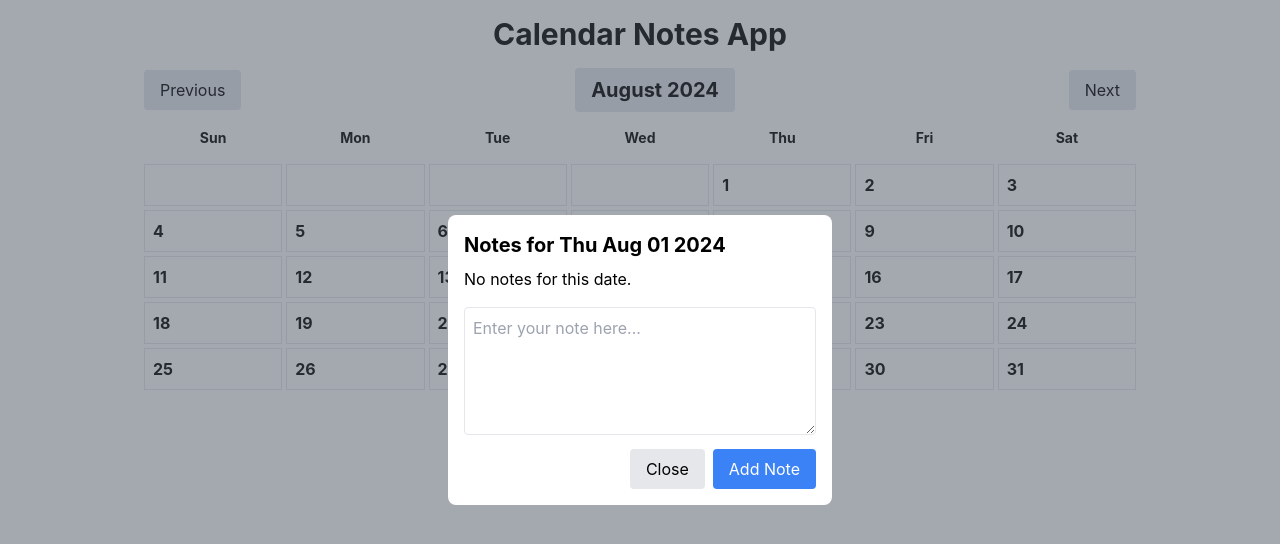
Repository: boogerjosh/Calendar-Notes-App
Page: /, after clicking the first element matching `div.cursor-pointer`
These files come from the project's save history. The page is drawn as it stood at one moment and after the next save; the edit follows.
The browser window is 1280 px wide. The pictures show the whole page.
The project was rebuilt for these pictures with package versions that can differ from the ones it lists, and the page was loaded fresh each time.

Above is the page before, as saved 2024-08-04 07:51:08.

### src/App.tsx
import React, { useState } from 'react';
import Calendar from './components/Calendar';
import NoteModal from './components/NoteModal';

interface Note {
  id: string;
  date: Date;
  content: string;
}

const App: React.FC = () => {
  const [selectedDate, setSelectedDate] = useState<Date | null>(null);
  const [notes, setNotes] = useState<Note[]>([]);
  const [isModalOpen, setIsModalOpen] = useState(false);

  const handleDateClick = (date: Date) => {
    setSelectedDate(date);
    setIsModalOpen(true);
  };

  const handleAddNote = (content: string) => {
    if (selectedDate) {
      const newNote: Note = {
        id: Date.now().toString(),
        date: selectedDate,
        content
      };
      setNotes([...notes, newNote]);
      setIsModalOpen(false);
    }
  };

  const getNotesForDate = (date: Date) => {
    return notes.filter(note => note.date.toDateString() === date.toDateString());
  };

  return (
    <div className="container mx-auto p-4 max-w-screen-lg">
      <h1 className="text-2xl md:text-3xl font-bold mb-4 text-center">Calendar Notes App</h1>
      <Calendar onDateClick={handleDateClick} notes={notes} />
      {isModalOpen && selectedDate && (
        <NoteModal
          date={selectedDate}
          notes={getNotesForDate(selectedDate)}
          onClose={() => setIsModalOpen(false)}
          onAddNote={handleAddNote}
        />
      )}
    </div>
  );
};

export default App;

### src/components/Calendar.tsx
import React, { useState } from 'react';

interface CalendarProps {
  onDateClick: (date: Date) => void;
  notes: { date: Date; content: string }[];
}

const Calendar: React.FC<CalendarProps> = ({ onDateClick, notes }) => {
  const [currentDate, setCurrentDate] = useState(new Date());
  const [isMonthSelectorVisible, setIsMonthSelectorVisible] = useState(false);
  const monthNames = ["January", "February", "March", "April", "May", "June", "July", "August", "September", "October", "November", "December"];

  const getDaysInMonth = (year: number, month: number) => {
    return new Date(year, month + 1, 0).getDate();
  };

  const getFirstDayOfMonth = (year: number, month: number) => {
    return new Date(year, month, 1).getDay();
  };

  const renderCalendarDays = () => {
    const year = currentDate.getFullYear();
    const month = currentDate.getMonth();
    const daysInMonth = getDaysInMonth(year, month);
    const firstDayOfMonth = getFirstDayOfMonth(year, month);

    const days = [];

    // Add empty cells for days before the first day of the month
    for (let i = 0; i < firstDayOfMonth; i++) {
      days.push(<div key={`empty-${i}`} className="p-1 md:p-2 border"></div>);
    }

    // Add cells for each day of the month
    for (let i = 1; i <= daysInMonth; i++) {
      const date = new Date(year, month, i);
      const notesForDate = notes.filter(note => note.date.toDateString() === date.toDateString());
      const noteCount = notesForDate.length;

      days.push(
        <div
          key={i}
          className={`p-1 md:p-2 border cursor-pointer hover:bg-gray-100 ${noteCount > 0 ? 'bg-blue-100' : ''}`}
          onClick={() => onDateClick(date)}
        >
          <span className="font-bold text-sm md:text-base">{i}</span>
          {noteCount > 0 && (
            <div className="w-4 h-4 md:w-5 md:h-5 bg-blue-500 rounded-full ml-1 inline-flex items-center justify-center text-white text-xs">
              {noteCount}
            </div>
          )}
        </div>
      );
    }

    return days;
  };


  const navigateMonth = (direction: 'prev' | 'next') => {
    setCurrentDate(prevDate => {
      const newDate = new Date(prevDate);
      if (direction === 'prev') {
        newDate.setMonth(prevDate.getMonth() - 1);
      } else {
        newDate.setMonth(prevDate.getMonth() + 1);
      }
      return newDate;
    });
  };

  const handleMonthClick = () => {
    setIsMonthSelectorVisible(!isMonthSelectorVisible);
  };

  const handleMonthSelect = (monthIndex: number) => {
    setCurrentDate(new Date(currentDate.getFullYear(), monthIndex, 1));
    setIsMonthSelectorVisible(false);
  };

  const renderMonthSelector = () => {
    return (
      <div className="absolute top-full left-0 right-0 bg-white border shadow-lg rounded-lg p-2 grid grid-cols-1 gap-2">
        {monthNames.map((month, index) => (
          <button
            key={month}
            onClick={() => handleMonthSelect(index)}
            className="px-2 py-1 text-sm hover:bg-gray-100 rounded"
          >
            {month}
          </button>
        ))}
      </div>
    );
  };

  return (
    <div>
      <div className="flex justify-between items-center mb-4">
        <button onClick={() => navigateMonth('prev')} className="px-2 py-1 md:px-4 md:py-2 bg-gray-200 rounded text-sm md:text-base">
          Previous
        </button>
        <div className="relative">
          <button
            onClick={handleMonthClick}
            className="text-lg md:text-xl font-bold px-2 py-1 md:px-4 md:py-2 bg-gray-200 rounded"
          >
            {monthNames[currentDate.getMonth()]} {currentDate.getFullYear()}
          </button>
          {isMonthSelectorVisible && renderMonthSelector()}
        </div>
        <button onClick={() => navigateMonth('next')} className="px-2 py-1 md:px-4 md:py-2 bg-gray-200 rounded text-sm md:text-base">
          Next
        </button>
      </div>
      <div className="grid grid-cols-7 gap-1 mb-2 md:mb-4">
        {['Sun', 'Mon', 'Tue', 'Wed', 'Thu', 'Fri', 'Sat'].map(day => (
          <div key={day} className="font-bold text-center text-xs md:text-sm">{day}</div>
        ))}
      </div>
      <div className="grid grid-cols-7 gap-1">
        {renderCalendarDays()}
      </div>
    </div>
  );
};


export default Calendar;

### src/components/NoteModal.tsx
import React, { useState } from 'react';

interface Note {
  id: string;
  date: Date;
  content: string;
}

interface NoteModalProps {
  date: Date;
  notes: Note[];
  onClose: () => void;
  onAddNote: (content: string) => void;
}

const NoteModal: React.FC<NoteModalProps> = ({ date, notes, onClose, onAddNote }) => {
  const [noteContent, setNoteContent] = useState('');

  const handleSubmit = (e: React.FormEvent) => {
    e.preventDefault();
    if (noteContent.trim()) {
      onAddNote(noteContent);
      setNoteContent('');
    }
  };

  return (
    <div className="fixed inset-0 bg-gray-600 bg-opacity-50 flex justify-center items-center">
      <div className="bg-white p-4 rounded-lg w-96">
        <h2 className="text-xl font-bold mb-2">Notes for {date.toDateString()}</h2>
        <div className="mb-4 max-h-40 overflow-y-auto">
          {notes.length > 0 ? (
            notes.map((note) => (
              <div key={note.id} className="bg-gray-100 p-2 mb-2 rounded">
                {note.content}
              </div>
            ))
          ) : (
            <p>No notes for this date.</p>
          )}
        </div>
        <form onSubmit={handleSubmit}>
          <textarea
            className="w-full h-32 p-2 border rounded"
            value={noteContent}
            onChange={(e) => setNoteContent(e.target.value)}
            placeholder="Enter your note here..."
          ></textarea>
          <div className="mt-2 flex justify-end">
            <button
              type="button"
              className="px-4 py-2 bg-gray-200 rounded mr-2"
              onClick={onClose}
            >
              Close
            </button>
            <button
              type="submit"
              className="px-4 py-2 bg-blue-500 text-white rounded"
            >
              Add Note
            </button>
          </div>
        </form>
      </div>
    </div>
  );
};

export default NoteModal;

Loaded but not shown: public/index.html (common file); src/index.tsx (common file); src/index.css (common file); src/reportWebVitals.ts (common file); tailwind.config.js (common file)

After the next save:
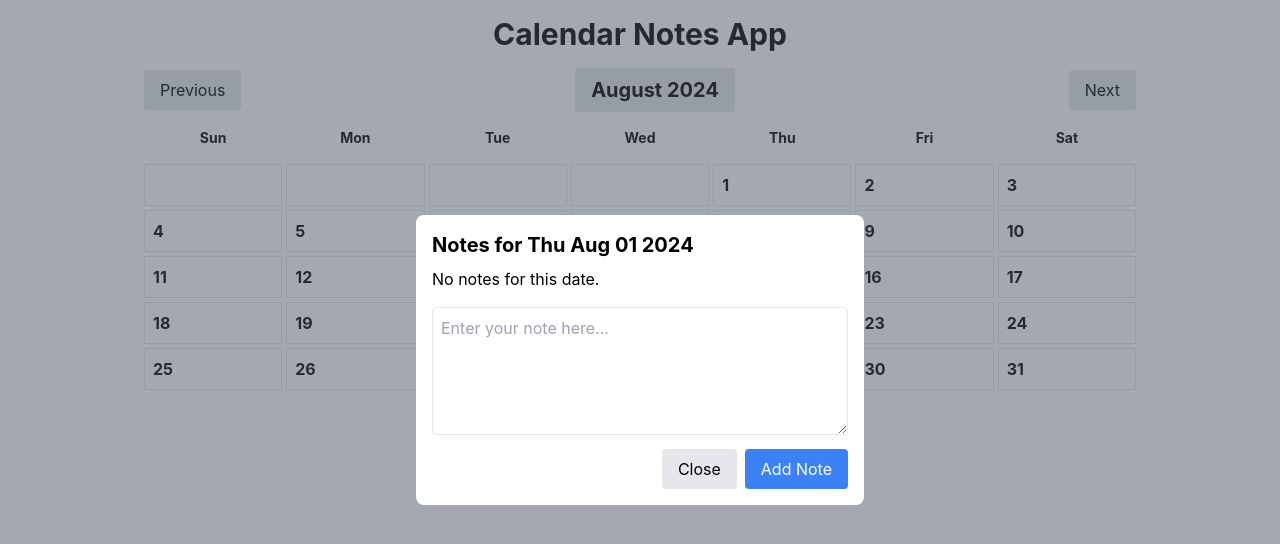
Saved 3 s later.
--- a/src/components/NoteModal.tsx
+++ b/src/components/NoteModal.tsx
@@ -25,23 +25,23 @@ const NoteModal: React.FC<NoteModalProps> = ({ date, notes, onClose, onAddNote }
   };
 
   return (
-    <div className="fixed inset-0 bg-gray-600 bg-opacity-50 flex justify-center items-center">
-      <div className="bg-white p-4 rounded-lg w-96">
-        <h2 className="text-xl font-bold mb-2">Notes for {date.toDateString()}</h2>
-        <div className="mb-4 max-h-40 overflow-y-auto">
+    <div className="fixed inset-0 bg-gray-600 bg-opacity-50 flex justify-center items-center p-4">
+      <div className="bg-white p-4 rounded-lg w-full max-w-md">
+        <h2 className="text-lg md:text-xl font-bold mb-2">Notes for {date.toDateString()}</h2>
+        <div className="mb-4 max-h-32 md:max-h-40 overflow-y-auto">
           {notes.length > 0 ? (
             notes.map((note) => (
-              <div key={note.id} className="bg-gray-100 p-2 mb-2 rounded">
+              <div key={note.id} className="bg-gray-100 p-2 mb-2 rounded text-sm md:text-base">
                 {note.content}
               </div>
             ))
           ) : (
-            <p>No notes for this date.</p>
+            <p className="text-sm md:text-base">No notes for this date.</p>
           )}
         </div>
         <form onSubmit={handleSubmit}>
           <textarea
-            className="w-full h-32 p-2 border rounded"
+            className="w-full h-24 md:h-32 p-2 border rounded text-sm md:text-base"
             value={noteContent}
             onChange={(e) => setNoteContent(e.target.value)}
             placeholder="Enter your note here..."
@@ -49,14 +49,14 @@ const NoteModal: React.FC<NoteModalProps> = ({ date, notes, onClose, onAddNote }
           <div className="mt-2 flex justify-end">
             <button
               type="button"
-              className="px-4 py-2 bg-gray-200 rounded mr-2"
+              className="px-3 py-1 md:px-4 md:py-2 bg-gray-200 rounded mr-2 text-sm md:text-base"
               onClick={onClose}
             >
               Close
             </button>
             <button
               type="submit"
-              className="px-4 py-2 bg-blue-500 text-white rounded"
+              className="px-3 py-1 md:px-4 md:py-2 bg-blue-500 text-white rounded text-sm md:text-base"
             >
               Add Note
             </button>
